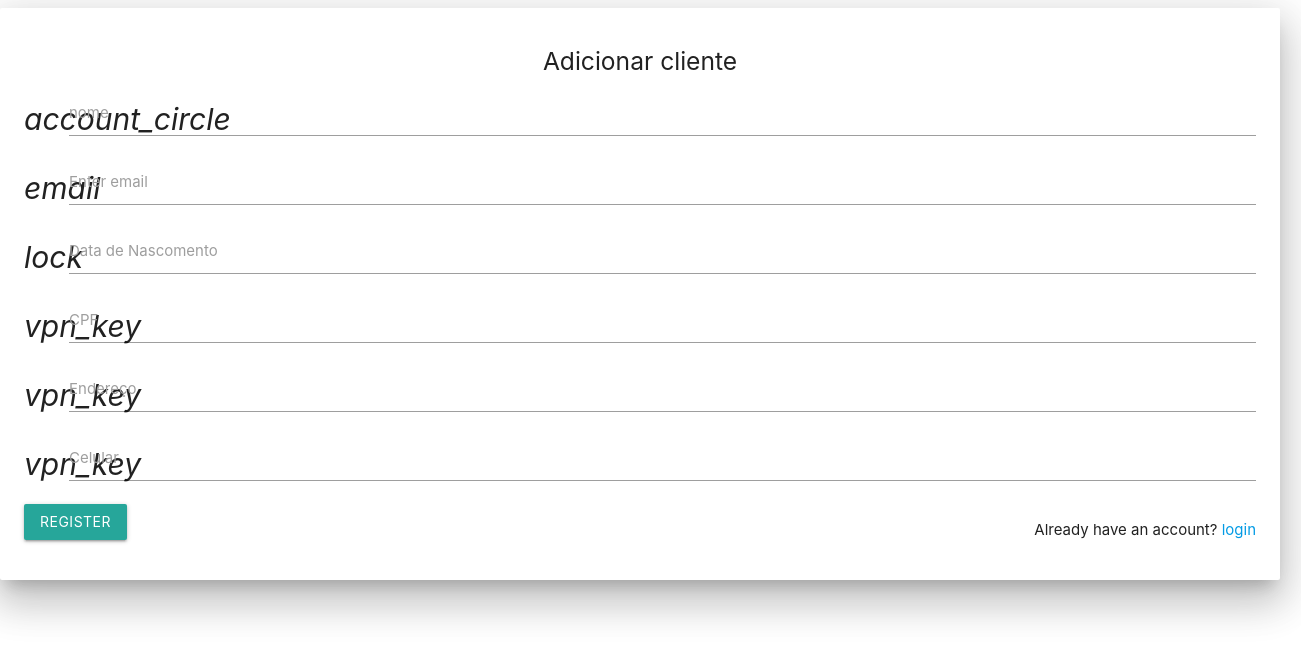
Repository: luizasilveira/TechWeb
Page: Projeto1/techWebP1/WebContent/add.html
The author's editor kept a copy of each file at every save. The page is drawn from the files as they stood at one save, then again after the next save.
The browser window is 1280 px wide. The page is 1301 px wide, so the pictures cover 1301 px, including what lies to the right of the window. The pictures show the whole page.

Above is the page before, as saved 2019-09-08 19:22:09.

### Projeto1/techWebP1/WebContent/add.html
<!DOCTYPE html>
<html>
<head>
<meta charset="ISO-8859-1">
<title>HOME</title>
<!--Import Google Icon Font-->
<link href="https://fonts.googleapis.com/icon?family=Material+Icons"
	rel="stylesheet">
<!--Import materialize.css-->
<link rel="stylesheet"
	href="https://cdnjs.cloudflare.com/ajax/libs/materialize/1.0.0/css/materialize.min.css">
<link href="https://fonts.googleapis.com/icon?family=Material+Icons"
	rel="stylesheet">

<style>
body {
	background-color: white;
}

.progress {
	width: 50%;
	margin: 0 auto;
	margin-top: 20%;
}

@media only screen and (max-width:924px) {
	.progress {
		width: 70%;
		margin: 0 auto;
		margin-top: 60%;
	}
}
</style>
</head>

<body>
	<form action="./AddClients" method="post" class="col s12">
		<div class="card-panel z-depth-5">
                  <h5 class="center">Adicionar cliente</h5>
                  <!--<p class="center">Join to our community now !</p>-->
                   <div class="input-field">
                    <i class="material-icons prefix">account_circle</i>
                    <input type="text" name="nome">
                    <label>nome</label>
                  </div>

                   <div class="input-field">
                    <i class="material-icons prefix">email</i>
                    <input type="email" name="email" class="validate">
                    <label>Enter email</label>
                  </div>

                   <div class="input-field">
                    <i class="material-icons prefix">lock</i>
                    <input type="text" name="nascimento">
                    <label>Data de Nascomento</label>
                  </div>

                   <div class="input-field">
                    <i class="material-icons prefix">vpn_key</i>
                    <input type="text" name="CPF">
                    <label>CPF</label>
                  </div>

                  <div class="input-field">
                    <i class="material-icons prefix">vpn_key</i>
                    <input type="text" name="endereço">
                    <label>Endereço</label>
                  </div>

                  <div class="input-field">
                    <i class="material-icons prefix">vpn_key</i>
                    <input type="text" name="celular">
                    <label>Celular</label>
                  </div>


                  <p class="right">Already have an account? <a href="#login" class="modal-trigger">login</a></p>
                  <input type="submit" name="submit" value="register" class="btn left col s12">

                  <div class="clearfix"></div>
               </div>
	</form>



	<script src="https://code.jquery.com/jquery-1.12.0.min.js"></script>
	<script
		src="https://cdnjs.cloudflare.com/ajax/libs/materialize/1.0.0/js/materialize.min.js"></script>





</body>
</html>

After the next save:
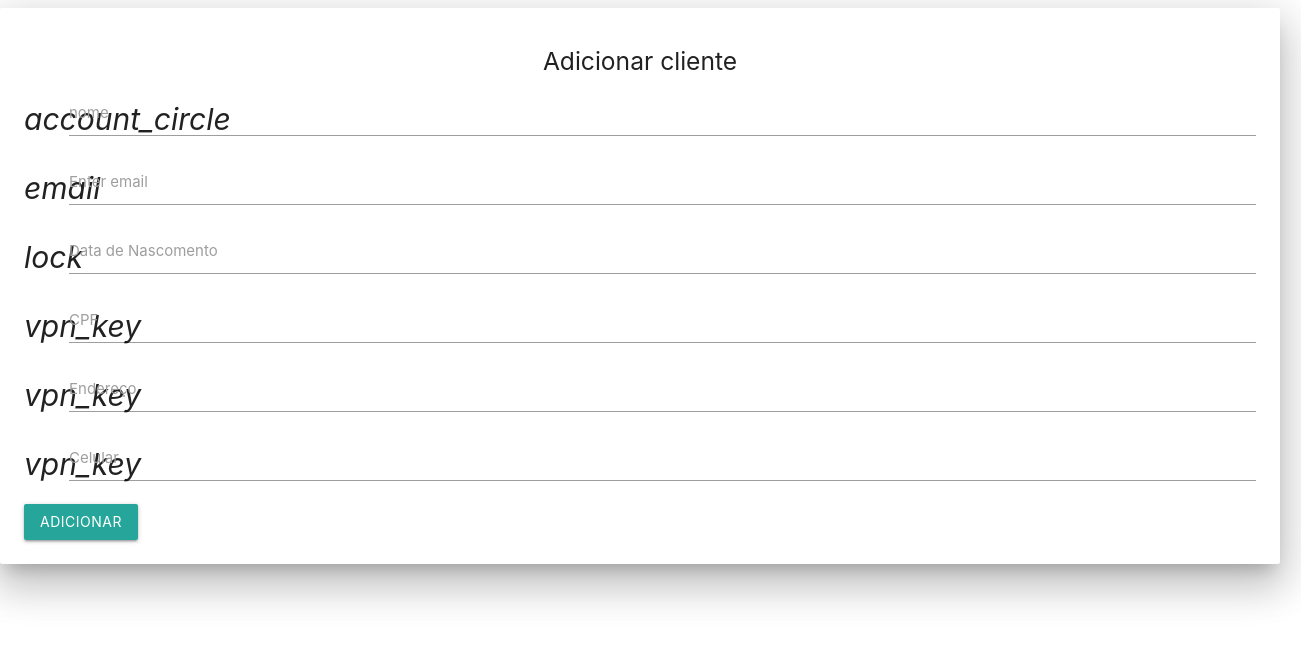
Saved 51 s later.
--- a/Projeto1/techWebP1/WebContent/add.html
+++ b/Projeto1/techWebP1/WebContent/add.html
@@ -75,8 +75,8 @@ body {
                   </div>
 
 
-                  <p class="right">Already have an account? <a href="#login" class="modal-trigger">login</a></p>
-                  <input type="submit" name="submit" value="register" class="btn left col s12">
+                  <!--<p class="right">Already have an account? <a href="#login" class="modal-trigger">login</a></p>-->
+                  <input type="submit" name="submit" value="Adicionar" class="btn left col s12">
 
                   <div class="clearfix"></div>
                </div>
